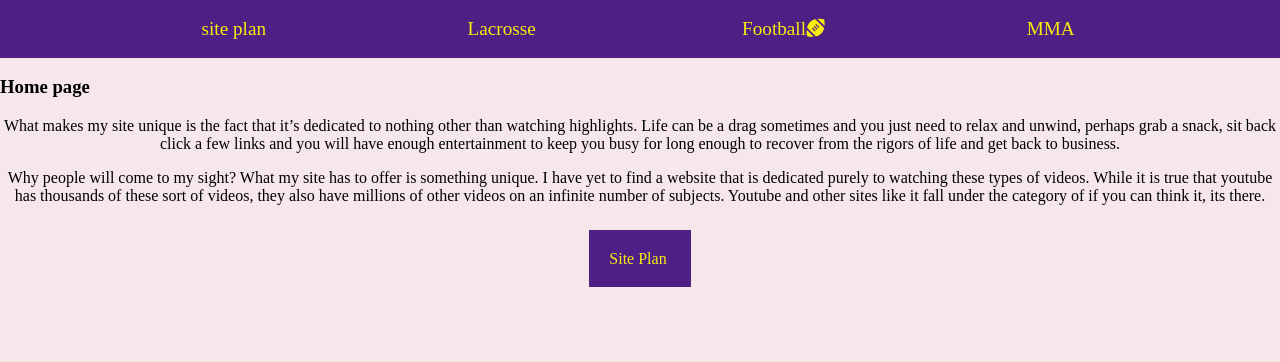
Repository: nak97/personal-site
Page: index.html
An editor plug-in stored every save of this project. The page is shown before and after the next save, followed by the edit.
The browser window is 1280 px wide. The pictures show the whole page.
Some icons come from a web library that is not loaded, so they are not drawn. Some web libraries are served in a nearby version.

Above is the page before, as saved 2023-03-19 07:27:58.

### index.html
<!DOCTYPE html>
<html lang="en">
<head>
  <meta charset="UTF-8">
  <meta http-equiv="X-UA-Compatible" content="IE=edge">
  <meta name="viewport" content="width=device-width, initial-scale=1.0">
  <link rel="stylesheet" href="personal-site.css">
  <script src="https://kit.fontawesome.com/615002bc5f.js" crossorigin="anonymous"></script>
  <title> Home</title>
</head>
<body>
  <nav>
    <a href="site-plan.html">site plan</a>
    <a href="lacrosse.html" target="_blank">Lacrosse <i class="fa-solid fa-lacrosse-stick-ball"></i></a>
    <a href="football.html" target="_blank">Football<i class="fa-solid fa-football"></i></a>
    <a href="mma.html" target="_blank">MMA  <i class="fa-solid fa-boxing-glove"></i></a>
  </nav>

<h3>Home page</h3>
      <p>
        What makes my site unique is the fact that it’s dedicated to nothing other than watching highlights.
        Life can be a drag sometimes and you just need to relax and unwind, perhaps grab a snack,
        sit back click a few links and you will have enough entertainment to keep you busy for long enough to recover from the rigors of life and get back to business.
      </p>
      <p>
        Why people will come to my sight?
        What my site has to offer is something unique. I have yet to find a website that is dedicated purely to watching these types of videos.
        While it is true that youtube has thousands of these sort of videos, they also have millions of other videos on an infinite number of subjects. Youtube and other sites
        like it fall under the category of if you can think it, its there.
      </p>


    <footer><a href="site-plan.html"> Site Plan <i class="fa-solid fa-ruler-triangle"></i></a></footer>
</body>
</html>

### personal-site.css

body{
  background-color: #F6E8EA;
  padding: 0 ;
  margin: 0;
}


  .container {display: grid;}

a{text-decoration: none;}

nav{
  display: flex;
  justify-content: space-evenly;
  background-color: #4e2086;
  line-height: 3em;
  text-align: center;
  font-size: 1.2em;
}

nav a { color: #f8ec0d;}

nav a:hover {color: #F45B69;}

.lacrosse h3, p {text-align: center;}

.lacrosse p {padding: 0px 121px;}

.lacrosse { margin: 43px 0;}

.Laxvideos{
  margin-top: 20px;
  display: flex;
  justify-content: space-evenly;
  text-align: center;
  background-color: #F45B69;
  padding-top: 40px;
}

.rules{margin: 50px 0;}

.rules h3, p {text-align: center;}

.rules p {padding: 0px 121px;}

.LaxImages {
  background-color: #4e2086;
}

.LaxImages p {color:#f8ec0d;
}

.images {
  display: flex;
  justify-content: space-between;
  padding-top: 54px;
}

.img1{margin-left: 105px;}

.img1 p {text-align: center; }

.img2 {margin-left: 312px;}

.img2 p{
  text-align: center;
  margin-right: 70px;
}

.img-1{
  margin-left: 40px;
  width: 400px;
  height: 300px;}

.img-2{
  margin-left: 16px;
  width: 400px;
  height: 300px;
}

footer{
margin-top: 45px;
text-align: center;
margin-bottom: 60px;}

footer a {
  background-color: #4e2086;
  color: #f8ec0d;
  padding: 20px;
}

footer a:hover {
  color: #F45B69;
}

After the next save:
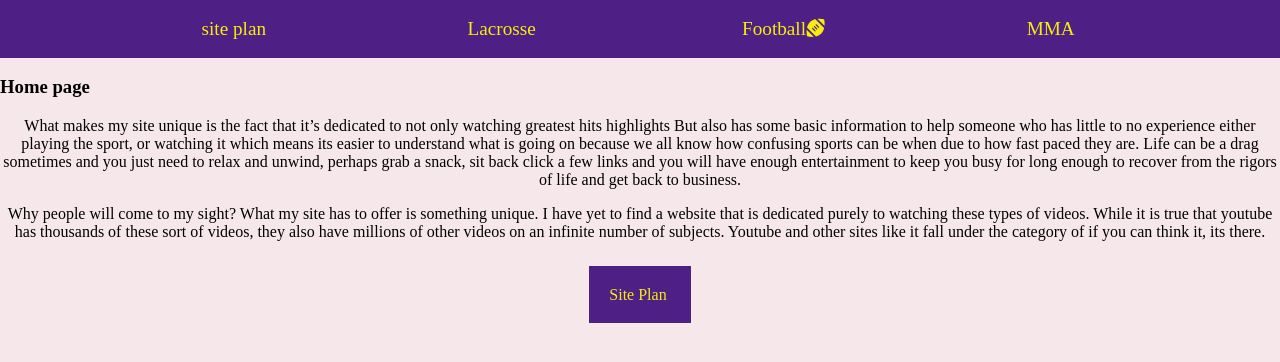
Saved 3 min 26 s later.
--- a/index.html
+++ b/index.html
@@ -18,7 +18,7 @@
 
 <h3>Home page</h3>
       <p>
-        What makes my site unique is the fact that it’s dedicated to nothing other than watching highlights.
+        What makes my site unique is the fact that it’s dedicated to not only watching greatest hits highlights But also has some basic information to help someone who has little to no experience either playing the sport, or watching it which means its easier to understand what is going on because we all know how confusing sports can be when due to how fast paced they are.
         Life can be a drag sometimes and you just need to relax and unwind, perhaps grab a snack,
         sit back click a few links and you will have enough entertainment to keep you busy for long enough to recover from the rigors of life and get back to business.
       </p>
